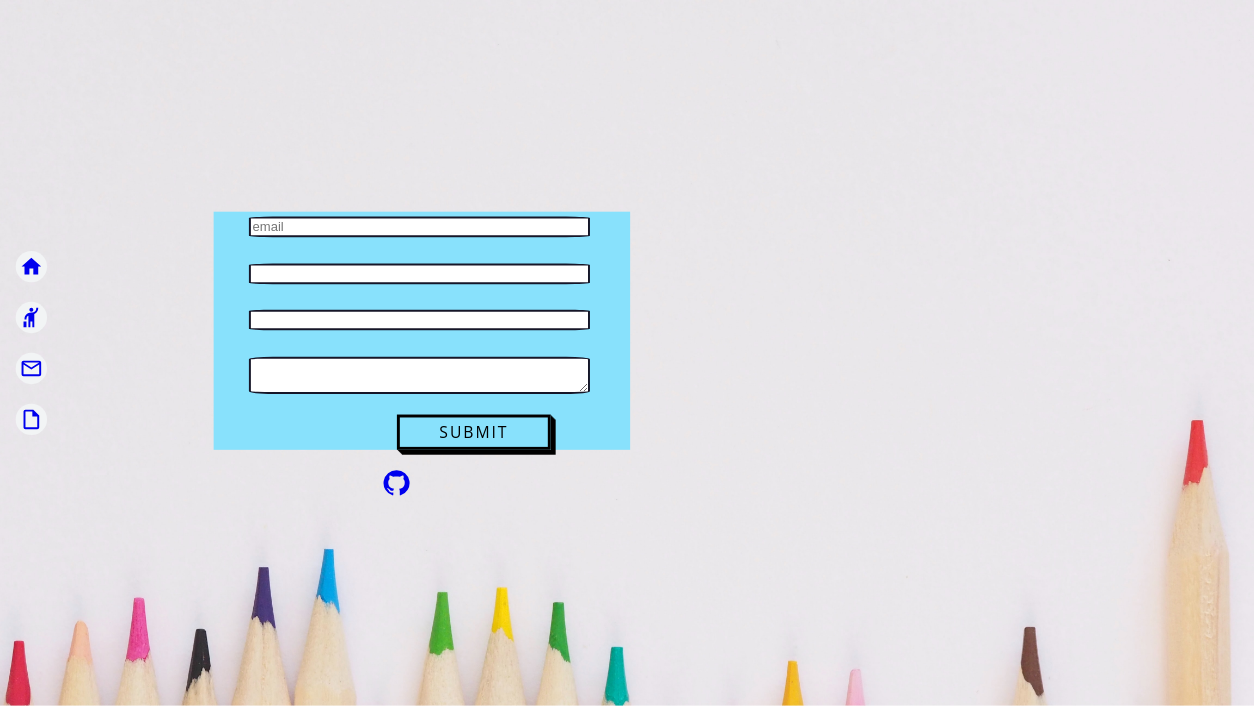
Repository: ujjawalmittal55/portfolio1
Page: /contact
The author's editor kept a copy of each file at every save. The page is drawn from the files as they stood at one save, then again after the next save.
The browser window is 1280 px wide. The pictures show the whole page, at 98% of full size.
The project was rebuilt for these pictures with package versions that can differ from the ones it lists, and the page was loaded fresh each time. Also part of the build but not shown: src/display.css, src/Display.tsx, src/about.css, src/About.jsx, src/document.css, src/Document.jsx.

Above is the page before, as saved 2022-05-18 22:13:17.

### public/index.html
<!DOCTYPE html>
<html lang="en">
  <head>

    <style>
      @import url('https://fonts.googleapis.com/css2?family=Montserrat:ital,wght@0,100;1,100&family=Source+Code+Pro:wght@300&display=swap');
    </style>
    <meta charset="utf-8" />
    <link rel="icon" href="%PUBLIC_URL%/favicon.ico" />
    <meta name="viewport" content="width=device-width, initial-scale=1" />
    <meta name="theme-color" content="#000000" />
    <meta
      name="description"
      content="Web site created using create-react-app"
    />
    <link rel="apple-touch-icon" href="%PUBLIC_URL%/logo192.png" />
    <!--
      manifest.json provides metadata used when your web app is installed on a
      user's mobile device or desktop. See https://developers.google.com/web/fundamentals/web-app-manifest/
    -->
    <link rel="manifest" href="%PUBLIC_URL%/manifest.json" />
    <!--
      Notice the use of %PUBLIC_URL% in the tags above.
      It will be replaced with the URL of the `public` folder during the build.
      Only files inside the `public` folder can be referenced from the HTML.

      Unlike "/favicon.ico" or "favicon.ico", "%PUBLIC_URL%/favicon.ico" will
      work correctly both with client-side routing and a non-root public URL.
      Learn how to configure a non-root public URL by running `npm run build`.
    -->
    <title>React App</title>
  </head>
  <body>
    <noscript>You need to enable JavaScript to run this app.</noscript>
    <div id="root"></div>
    <!--
      This HTML file is a template.
      If you open it directly in the browser, you will see an empty page.

      You can add webfonts, meta tags, or analytics to this file.
      The build step will place the bundled scripts into the <body> tag.

      To begin the development, run `npm start` or `yarn start`.
      To create a production bundle, use `npm run build` or `yarn build`.
    -->
  </body>
</html>

### src/index.tsx
import React from "react";
import ReactDOM from "react-dom/client";
import "./index.css";
import App from "./App";
import Portfolio from "./Portfolio";
import SideBar from "./SideBar";

import reportWebVitals from "./reportWebVitals";
import { BrowserRouter } from "react-router-dom";

const rootElement = document.getElementById("root");
if (!rootElement) throw new Error("Failed to find the root element");
const root = ReactDOM.createRoot(rootElement);
root.render(
  <React.StrictMode>
    <BrowserRouter>
      <Portfolio />
    </BrowserRouter>
  </React.StrictMode>
);

// If you want to start measuring performance in your app, pass a function
// to log results (for example: reportWebVitals(console.log))
// or send to an analytics endpoint. Learn more: https://bit.ly/CRA-vitals
reportWebVitals();

### src/Portfolio.tsx
import React, { Component } from "react";
import { BrowserRouter, Route, Link, Routes } from "react-router-dom";
import Display from "./Display";
import "./homepage.css";
import SideBar from "./SideBar";
import About from "./About";
import Document from "./Document";
import Contact from "./Contact";
function Portfolio() {
  return (
    <div className="Home">
      <div className="sidebar">
        <SideBar />
      </div>
      <div className="main_content">
        <Routes>
          <Route path="/" element={<Display />} />
          <Route path="/about" element={<About />} />
          <Route path="/contact" element={<Contact />} />
          <Route path="/projects" element={<Display />} />
          <Route path="/document" element={<Document />} />
        </Routes>
      </div>
    </div>
  );
}

export default Portfolio;

### src/homepage.css
.Home {
  background-image: url("/public/bg.jpg");
  background-size: cover;
  background-repeat: no-repeat;
  display: flex;
}
.main_content {
  flex: 1;
}

### src/SideBar.tsx
import React, { useState } from "react";
import {
  BrowserRouter as Router,
  Route,
  Link,
  useParams,
  NavLink,
} from "react-router-dom";

import "./sidebar.css";
import HomeIcon from "@mui/icons-material/Home";
import HailIcon from "@mui/icons-material/Hail";
import InsertDriveFileOutlinedIcon from "@mui/icons-material/InsertDriveFileOutlined";
import EmailOutlinedIcon from "@mui/icons-material/EmailOutlined";
import { motion } from "framer-motion";

function SideBar() {
  return (
    <div>
      <div className="sidebar">
        <ul className="sidebar-items">
          <li className="list">
            <Link to="/">
              <div className="list-div">
                <HomeIcon>home</HomeIcon>
              </div>
            </Link>
          </li>
          <Link to="/about">
            <motion.li
              className="list"
              whileHover={{ scale: 1.1, transition: { yoyo: Infinity } }}
            >
              <div className="list-div">
                <HailIcon>home</HailIcon>
              </div>
            </motion.li>
          </Link>
          <Link to="/contact">
            <li className="list">
              <div className="list-div">
                <EmailOutlinedIcon>home</EmailOutlinedIcon>
              </div>
            </li>
          </Link>

          <Link to="/document">
            <li className="list">
              <div className="list-div">
                <InsertDriveFileOutlinedIcon>home</InsertDriveFileOutlinedIcon>
              </div>
            </li>
          </Link>
        </ul>
      </div>
    </div>
  );
}

export default SideBar;

### src/Contact.jsx
import React, { useState } from "react";
import { GitHub } from "@mui/icons-material";
import { motion } from "framer-motion";
import "./contact.css";
const spanVariants = {
  hidden: {
    opacity: 0,
    y: "100vh",
  },
  visible: {
    opacity: 1,
    y: 0,
    scale: 1.2,
    transition: { duration: 2 },
  },
};
const inputVariants = {
  hover: {
    scale: 1.2,
  },
};
function Contact() {
  const [email, setEmail] = useState("");
  const [name, setName] = useState("");
  const [phone, setPhone] = useState("");
  const [query, setQuery] = useState("");
  const clearState = () => {
    setName("");
    setEmail("");
    setPhone("");
    setQuery("");
  };

  const submit = (e) => {
    e.preventDefault();
    clearState();
  };
  return (
    <div>
      <motion.form
        className="form"
        initial={{ y: "-100vh" }}
        animate={{ y: 0 }}
        transition={{ duration: 1 }}
      >
        <motion.input
          variant={inputVariants}
          whileFocus="hover"
          className="Input"
          placeholder="email"
          whileTap={{
            borderColor: "pink",
            boxShadow: "0 0 0.5rem 0.5rem pink",
          }}
          type="email"
          onChange={(e) => setEmail(e.target.value)}
          value={email}
        />
        <input
          className="Input"
          type="text"
          value={name}
          onChange={(e) => setName(e.target.value)}
        />

        <input
          className="Input"
          type="number"
          value={phone}
          onChange={(e) => setPhone(e.target.value)}
        />

        <textarea
          className="Input"
          maxLength="500"
          initial="wirte your Query"
          value={query}
          onChange={(e) => setQuery(e.target.value)}
        ></textarea>
        <motion.div
          className="button"
          whileHover={{
            scale: 1.1,
            animate: { style: { boxShadow: "1px 0px 10px #F0FFFF  " } },
            transition: { delay: 0, yoyo: Infinity },
          }}
          onClick={(e) => submit(e)}
        >
          submit
        </motion.div>
      </motion.form>
      <motion.div
        className="social"
        variants={spanVariants}
        initial="hidden"
        animate="visible"
      >
        <a href="https://github.com/ujjawalmittal55" target="_blank">
          <GitHub />{" "}
        </a>
      </motion.div>
    </div>
  );
}

export default Contact;

### src/sidebar.css
.sidebar {
  height: 100%;
  /* background-color: rgb(221, 195, 195) */
}
.sidebar {
  height: 100vh;
  display: grid;
  align-items: center;
  text-align: center;
  text-decoration: none;
}
.sidebar-items {
  padding: 0;
  margin: 1em;
}

.list {
  font-size: 1em;
  margin-bottom: 1.25em;
  list-style-type: none;
  text-align: center;
  text-decoration: none;
  padding: auto;
}

.list-div:hover {
  text-decoration: underline;
  transform: scale(1.25);
  background-color: rgb(126, 128, 247);
}

.list-div {
  display: flex;
  justify-content: center;
  align-items: center;
  text-align: center;
  height: 2em;
  width: 2em;
  background-color: rgb(242, 244, 245);
  border-radius: 50%;
  transition-duration: 0.5s;
}

### src/contact.css
.form {
  background-color: rgb(136, 225, 252);
  display: flex;
  flex-direction: column;
  text-align: center;
  margin-top: 30vh;
  margin-left: 12vw;
  width: 35%;
  grid-template-columns: 1fr 1fr;
  grid-row-gap: 3vh;
  align-content: space-between;
  justify-content: space-between;
  align-items: center;
}
.elements {
  margin-top: 5px;
  margin-right: 5px;
  margin-bottom: 10px;
  font-family: "Source Code Pro", monospace;
  font-weight: bold;
}
.button {
  margin-left: 10px;
  width: 30%;
  margin-left: 25%;
  font-family: "Open Sans", sans-serif;
  font-size: 16px;
  letter-spacing: 2px;
  text-decoration: none;
  text-transform: uppercase;
  color: #000;
  cursor: pointer;
  border: 3px solid;
  padding: 0.25em 0.5em;
  box-shadow: 1px 1px 0px 0px, 2px 2px 0px 0px, 3px 3px 0px 0px, 4px 4px 0px 0px,
    5px 5px 0px 0px;
  position: relative;
  user-select: none;
  -webkit-user-select: none;
  touch-action: manipulation;
}

.button:active {
  box-shadow: 0px 0px 0px 0px;
  top: 5px;
  left: 5px;
}

@media (min-width: 768px) {
  .button {
    padding: 0.25em 0.75em;
  }
}

.Input {
  margin-top: 5px;
  margin-right: 5px;
  border-radius: 7%;
  width: 80%;

  border: 2px solid rgb(22, 22, 40);
}
.Input:checked {
  border: 2px solid rgb(102, 102, 251);
}
.social {
  display: grid;
  text-align: center;
  margin-top: 3vh;
  margin-left: 20vw;
  width: 35%;
  grid-template-columns: 1fr 1fr;
  grid-row-gap: 3vh;
  align-content: center;
  justify-content: center;
  align-items: center;
  border-radius: 10%;
}

Loaded but not shown: src/index.css (common file); src/reportWebVitals.js (common file)

After the next save:
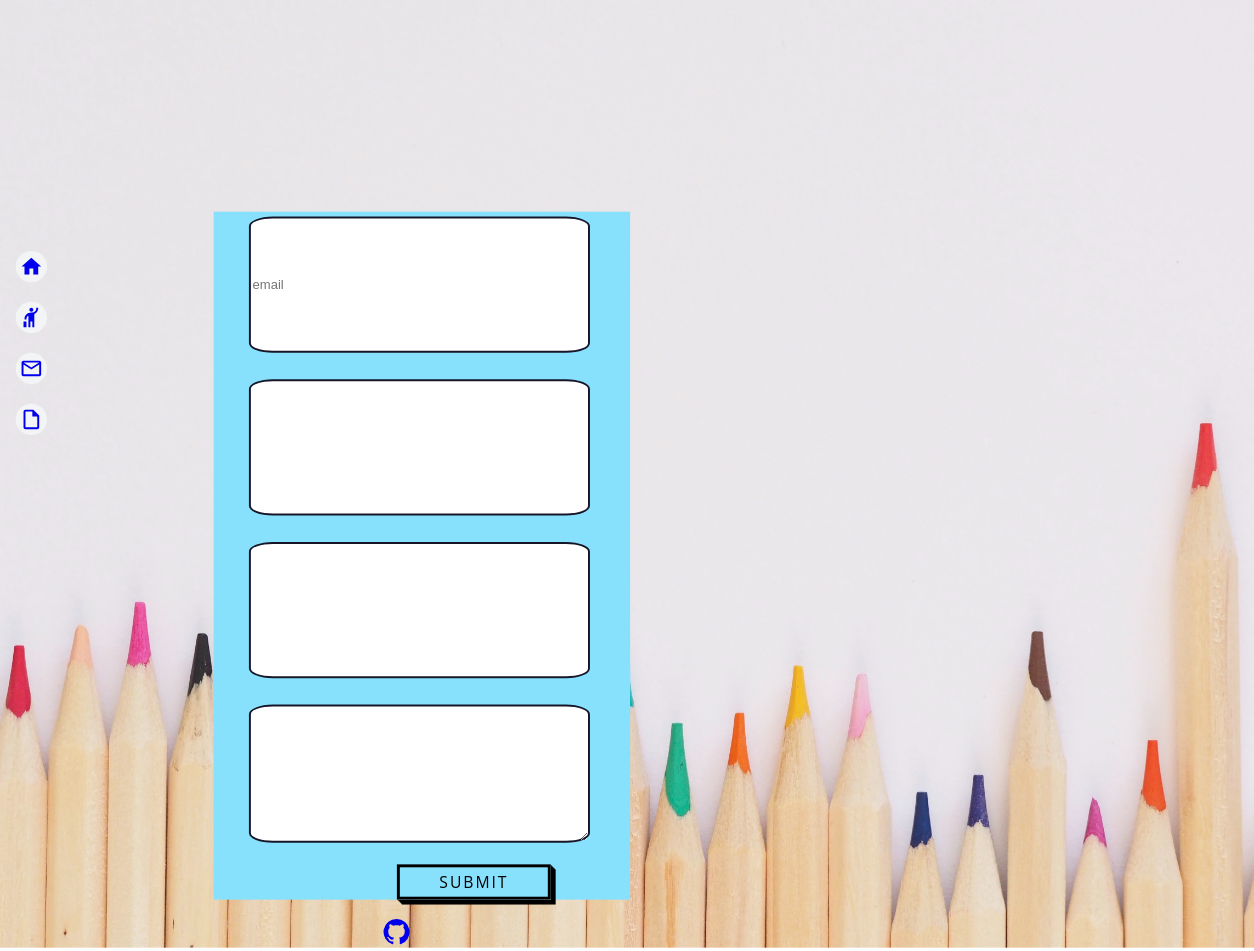
Saved 14 s later.
--- a/src/contact.css
+++ b/src/contact.css
@@ -57,7 +57,7 @@
   margin-right: 5px;
   border-radius: 7%;
   width: 80%;
-
+  height: 10em;
   border: 2px solid rgb(22, 22, 40);
 }
 .Input:checked {
